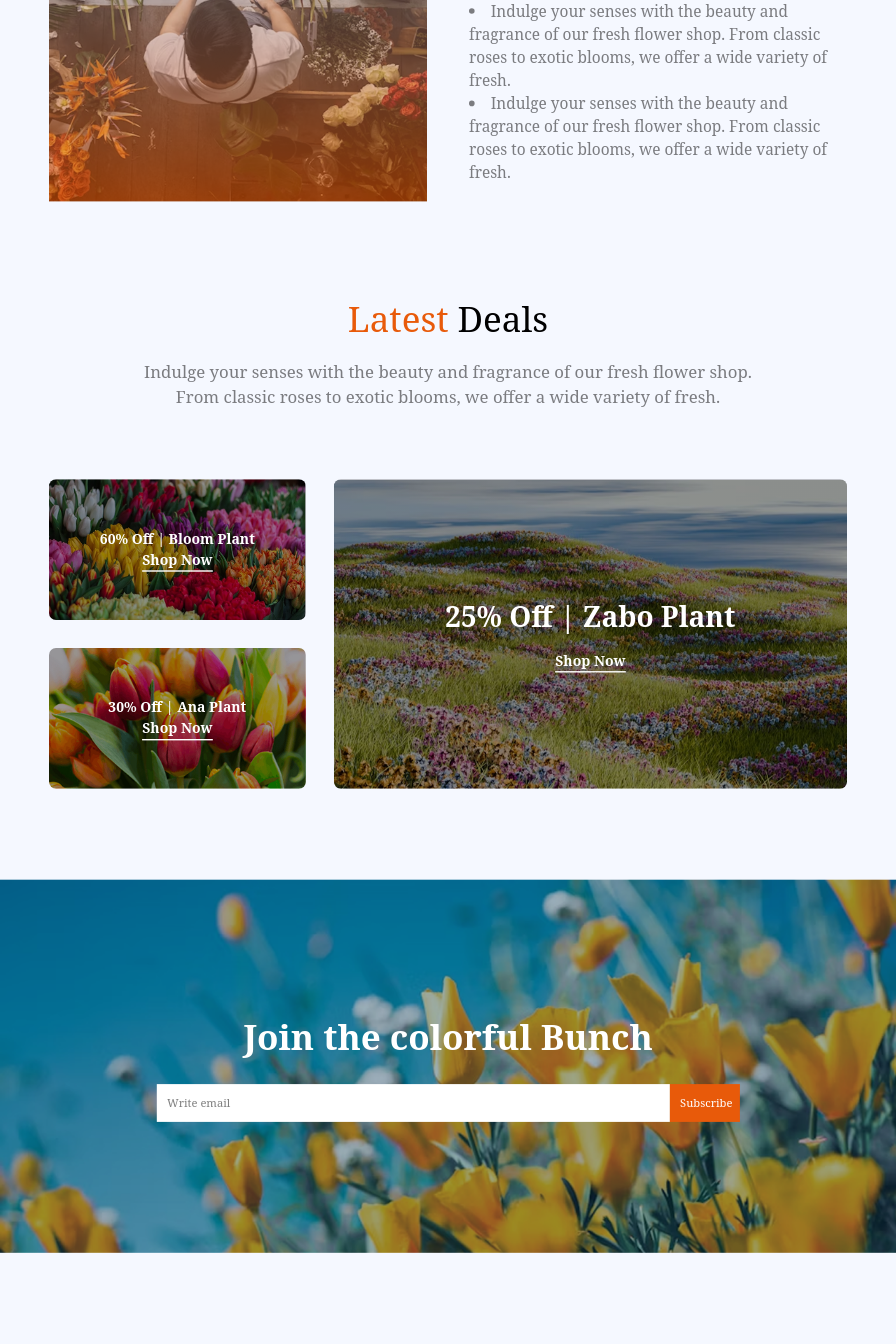
Repository: nahid-hasann/website-7
Page: index.html
These files come from the project's save history. The page is drawn as it stood at one moment and after the next save; the edit follows.
The browser window is 1280 px wide. The pictures show the part of the page from y = 2514 to 4434 px (the page is 4434 px tall), at 70% of full size.
Some web libraries are served in a nearby version.

Above is the page before, as saved 2025-07-24 21:24:19.

After the next save:
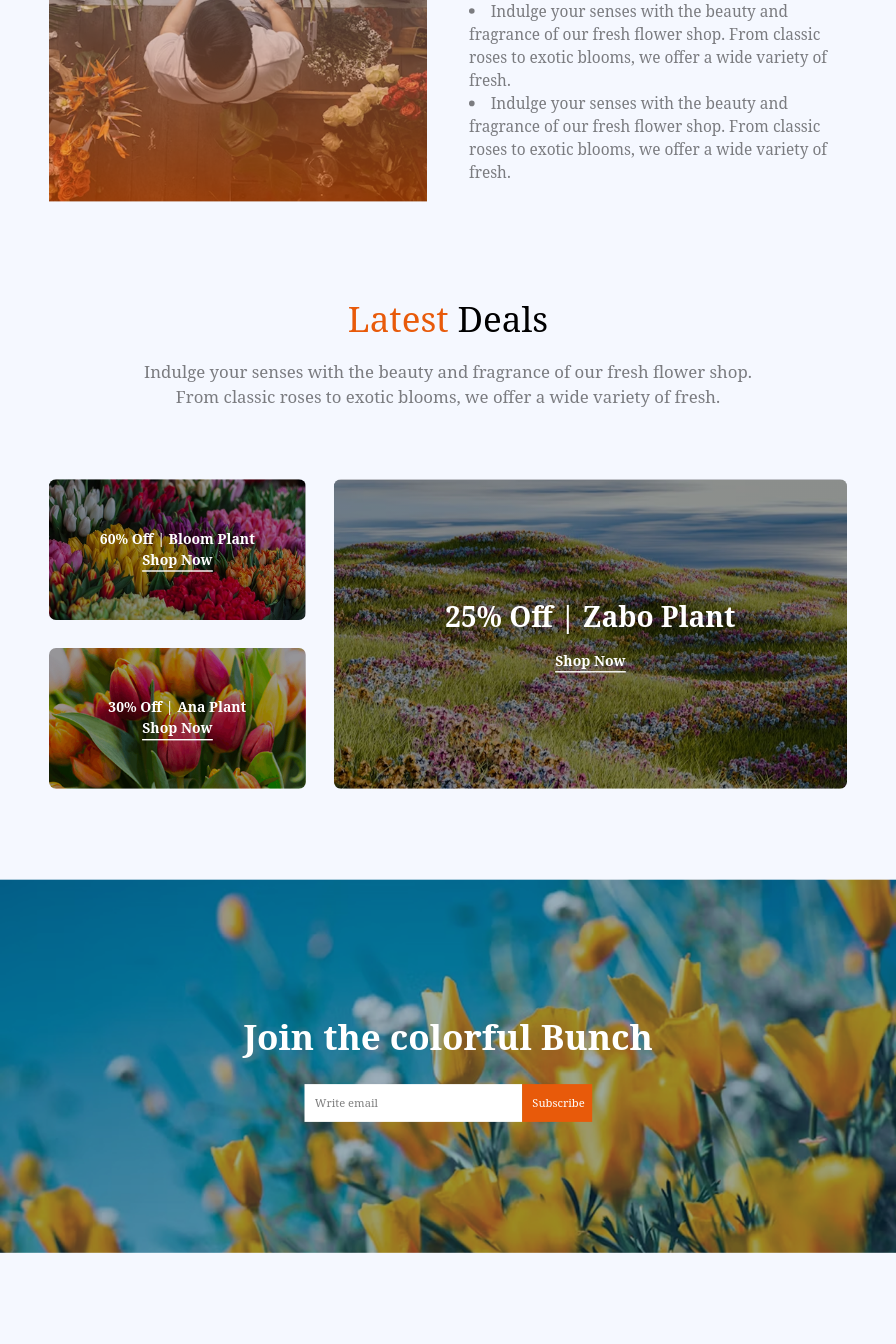
Saved 5 s later.
--- a/style.css
+++ b/style.css
@@ -308,7 +308,7 @@
 
 .subscibe input{
     background-color: white;
-    width: 733px;
+    max-width: 733px;
     padding: 15px 50px 15px 15px;
 
 }

After the 4 saves that followed:
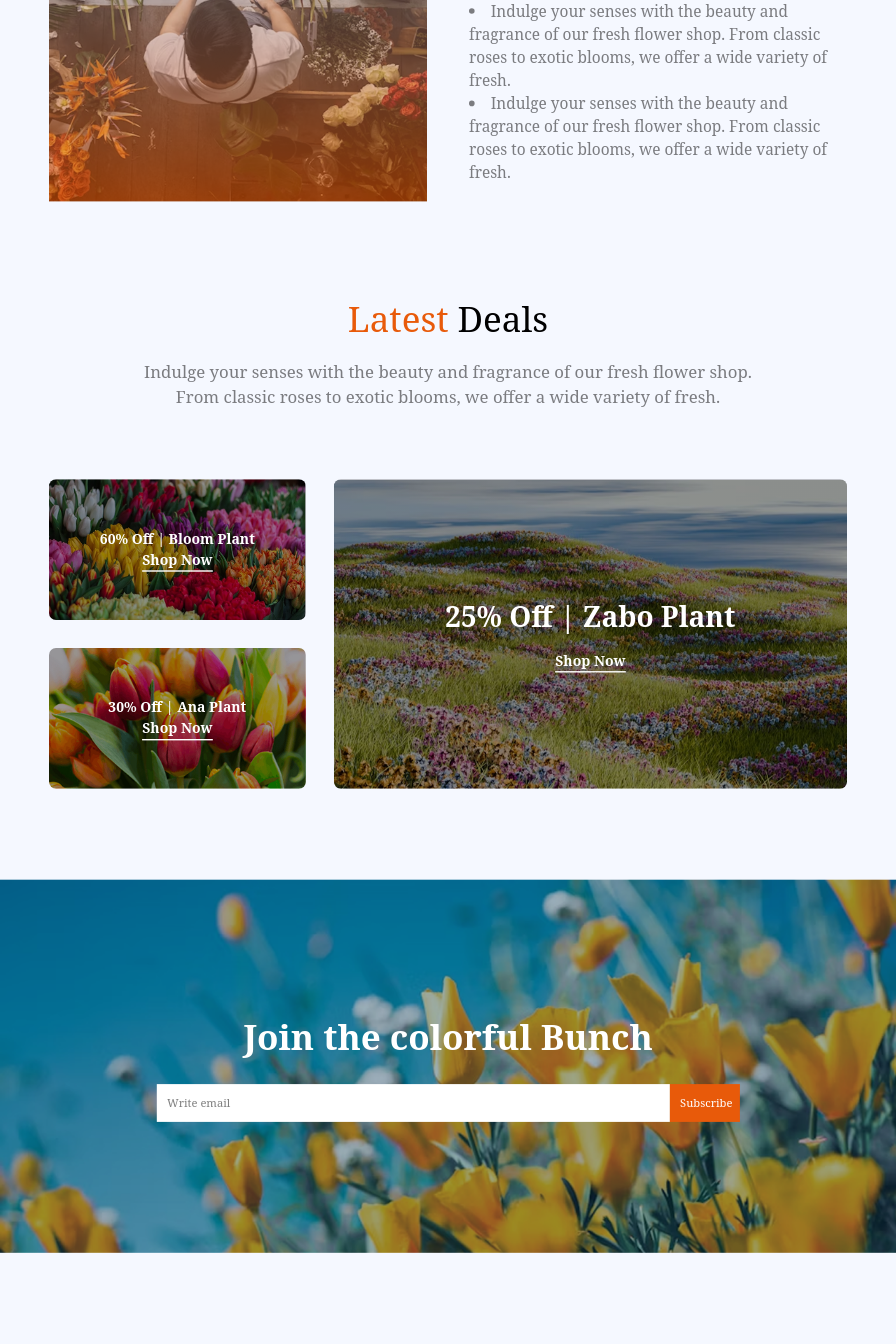
The 4 saves are shown as one change because 3 left the picture as it was.
The last was saved 40 s later.
--- a/style.css
+++ b/style.css
@@ -302,13 +302,12 @@
 }
 
 .subscibe{
-    max-width: 833px;
     display: flex;
 }
 
 .subscibe input{
     background-color: white;
-    max-width: 733px;
+    width: 733px;
     padding: 15px 50px 15px 15px;
 
 }
